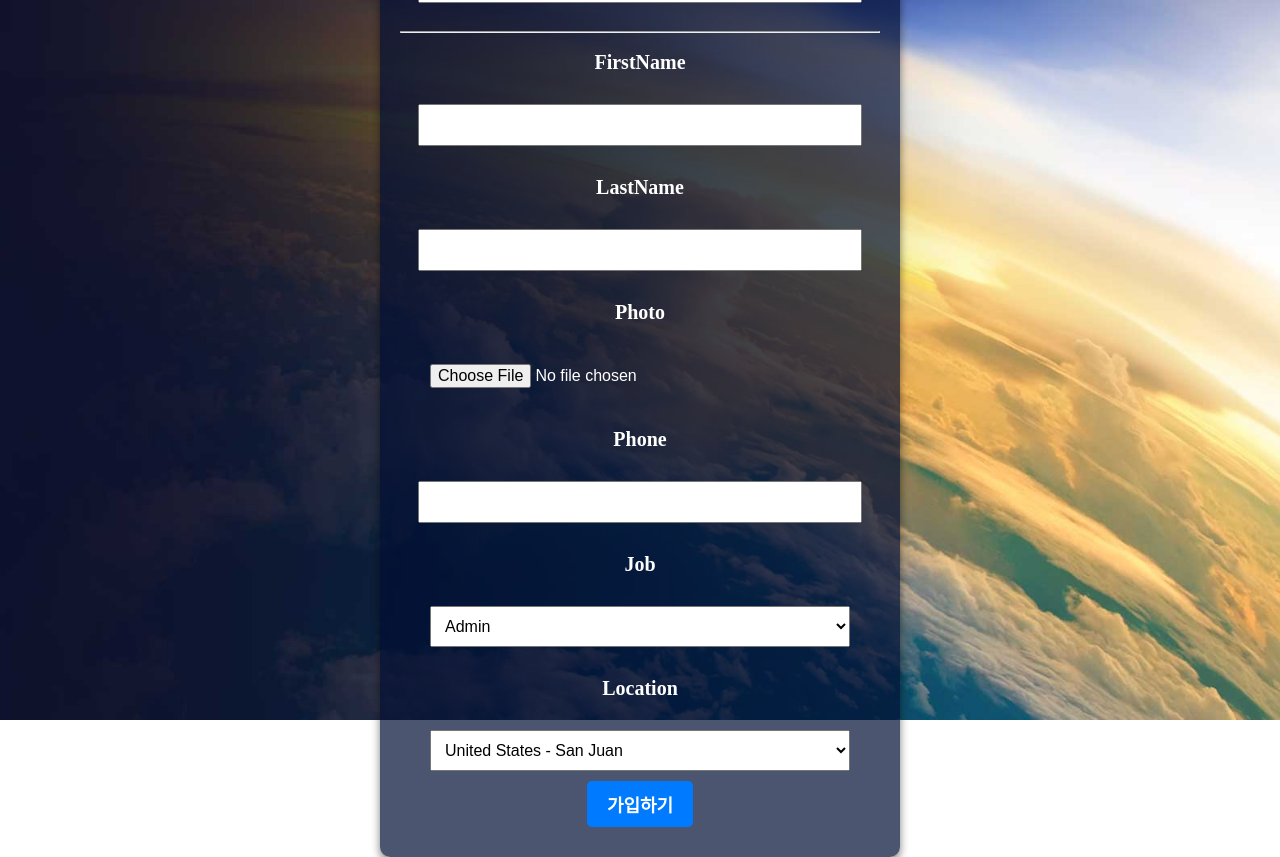
Repository: leeboseok/proposal-board
Page: http://localhost/ProposalSys/signup.jsp
An editor plug-in stored every save of this project. The page is shown before and after the next save, followed by the edit.
The browser window is 1280 px wide. The pictures show the whole page.
The page is served by Tomcat 9.

Above is the page before, as saved 2024-07-31 17:41:40.

After the next save:
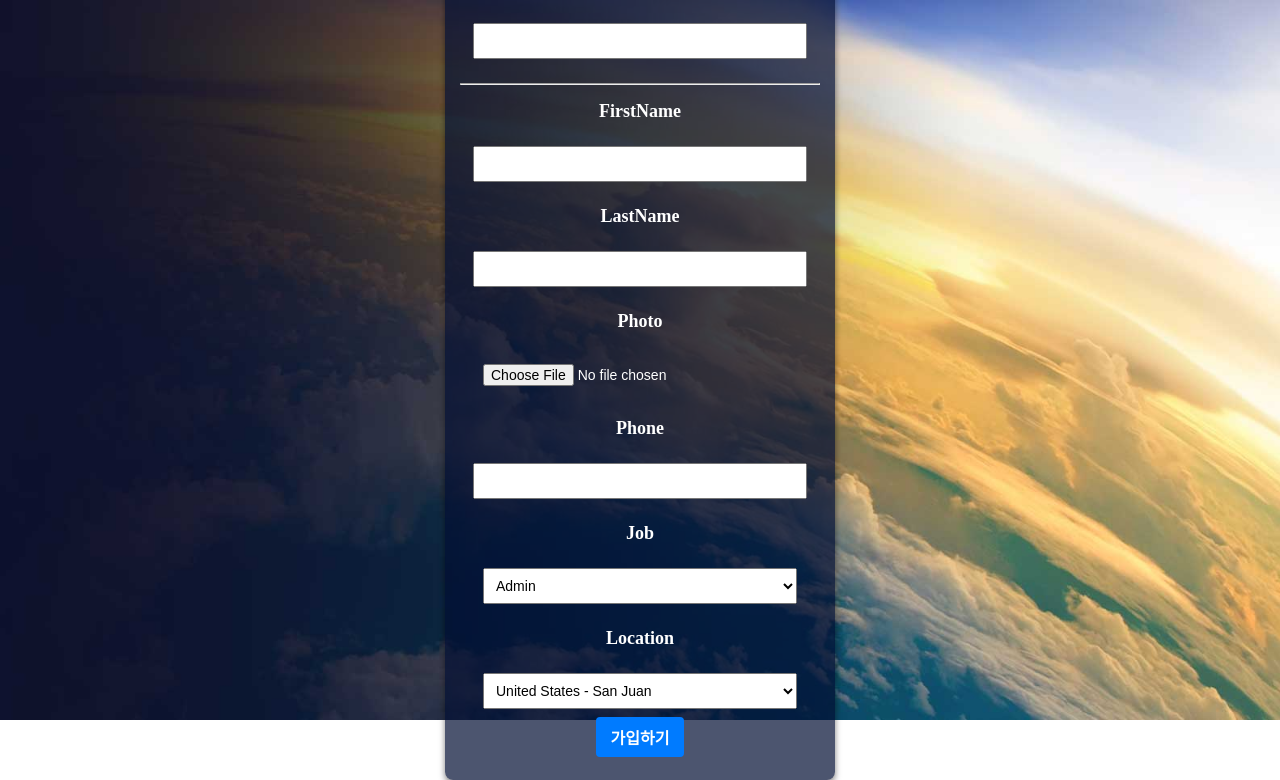
Saved 2 min 49 s later.
--- a/ProposalSys/src/main/webapp/css/signup.css
+++ b/ProposalSys/src/main/webapp/css/signup.css
@@ -1,10 +1,11 @@
-
+@charset "UTF-8";
+/* html과 body에 전체 높이 적용하여 콘텐츠를 중앙에 배치 */
 html, body {
     height: 100%;
     margin: 0;
 }
 
-/* Background styling for the html */
+/* html의 배경 스타일링 */
 html {
     background-image: url('../images/hero-earth.jpg');
     background-size: cover;
@@ -12,63 +13,69 @@ html {
     background-repeat: no-repeat;
 }
 
-/* Centering the content and setting up styling for body */
+/* body의 콘텐츠 중앙 배치 및 스타일 설정 */
 body {
     display: flex;
     justify-content: center;
     align-items: center;
 }
 
-/* Styling for the container */
+/* 컨테이너 스타일링 */
 #wrap {
-    width: 480px;
-    padding: 20px;
+    width: 360px; /* 너비 줄임 */
+    padding: 15px; /* 패딩 줄임 */
     background-color: rgba(0, 14, 51, 0.7);
-    border-radius: 10px;
-    box-shadow: 0 4px 8px rgba(0, 0, 0, 0.5);
-    transform: translateY(-100px);
+    border-radius: 8px; /* 테두리 반경 줄임 */
+    box-shadow: 0 3px 6px rgba(0, 0, 0, 0.5); /* 그림자 줄임 */
+    transform: translateY(-80px); /* 변환 조정 */
 }
 
-/* General styling for form elements */
+/* 폼 요소 일반 스타일링 */
 form > div {
     text-align: center;
-    padding: 10px;
-    font-size: 20px;
+    padding: 8px; /* 패딩 줄임 */
+    font-size: 18px; /* 글꼴 크기 줄임 */
     font-weight: 600;
     color: white;
 }
 
-/* Styling for the header */
+/* 폼 요소의 hover 효과 */
+form > div:hover {
+    color: gray;
+}
+
+/* 제목 스타일링 */
 h1 {
     text-align: center;
     color: white;
+    font-size: 24px; /* 제목의 글꼴 크기 줄임 */
 }
 
-/* Styling for input fields and select elements */
+/* 입력 필드 및 select 요소 스타일링 */
 input[type="email"],
 input[type="password"],
 input[type="text"],
 input[type="file"],
 select {
-    width: calc(100% - 40px);
-    padding: 10px;
-    margin: 10px 0;
-    font-size: 16px;
+    width: calc(100% - 30px); /* 너비 줄임 */
+    padding: 8px; /* 패딩 줄임 */
+    margin: 8px 0; /* 마진 줄임 */
+    font-size: 14px; /* 글꼴 크기 줄임 */
 }
 
-/* Styling for submit button */
+/* 제출 버튼 스타일링 */
 input[type="submit"] {
-    padding: 10px 20px;
-    font-size: 18px;
+    padding: 8px 15px; /* 패딩 줄임 */
+    font-size: 16px; /* 글꼴 크기 줄임 */
     font-weight: 600;
     background-color: #007BFF;
     color: white;
     border: none;
-    border-radius: 5px;
+    border-radius: 4px; /* 테두리 반경 줄임 */
     cursor: pointer;
 }
 
-/* Hover effect for submit button */
+/* 제출 버튼의 hover 효과 */
 input[type="submit"]:hover {
     background-color: #0056b3;
 }
